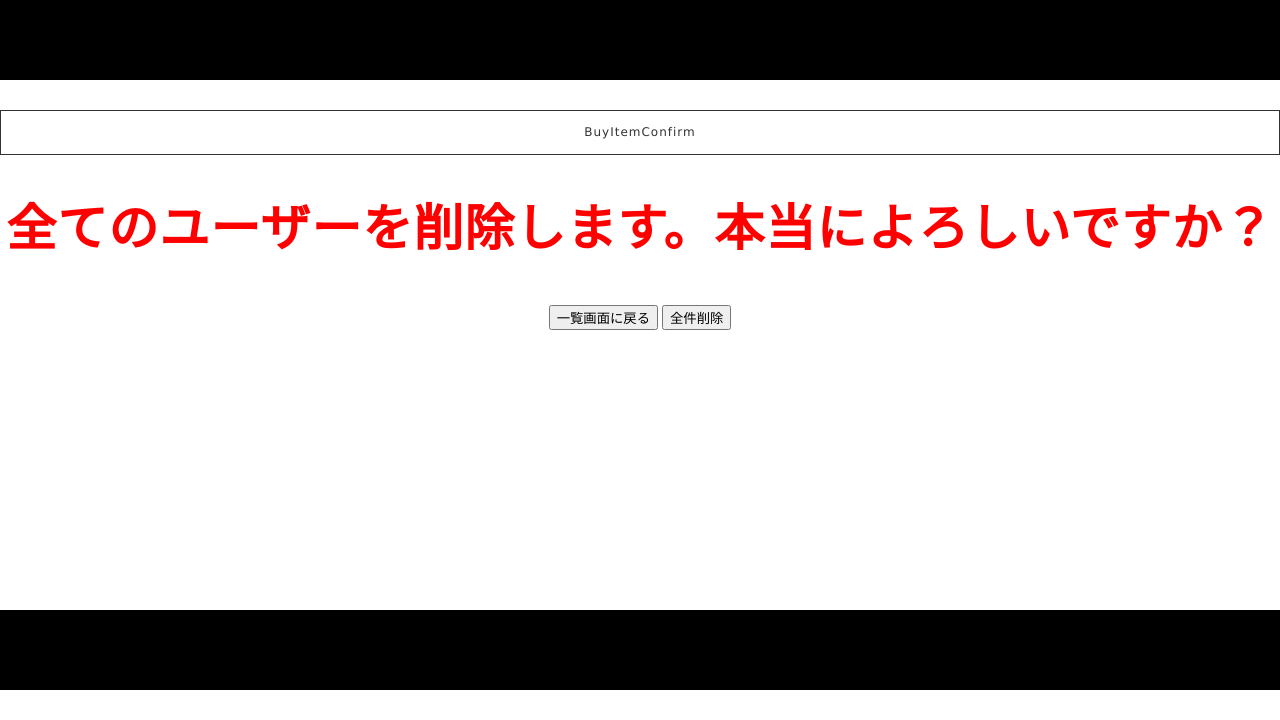
Repository: hirose0320/test
Page: http://localhost/ecsite2/userListDeleteConfirm.jsp
The author's editor kept a copy of each file at every save. The page is drawn from the files as they stood at one save, then again after the next save.
The browser window is 1280 px wide. The pictures show the whole page.
Some web libraries are served in a nearby version. The page is served by Tomcat 9. Other server files are loaded and not shown.

Above is the page before, as saved 2019-03-07 02:09:52.

### ecsite2/WebContent/userListDeleteConfirm.jsp
<%@ page language="java" contentType="text/html; charset=UTF-8"
	pageEncoding="UTF-8"%>
<%@ taglib prefix="s" uri="/struts-tags"%>
<!DOCTYPE html>
<html>
<head>
<meta http-equiv="Content-Type" content="text/html; charset=UTF-8" />
<meta http-equiv="Content-Style-Type" content="text/css" />
<meta http-equiv="Content-Script-Type" content="text/javascript" />
<meta http-equiv="imagetoolbar" content="no" />
<meta name="description" content="" />
<meta name="keywords" content="" />
<script src="http://ajax.googleapis.com/ajax/libs/jquery/1.9.1/jquery.min.js
"></script>
<title>削除確認画面</title>

<style type="text/css">
body {
	margin: 0;
	padding: 0;
	line-height: 1.6;
	letter-spacing: 1px;
	font-family: Verdana, Helvetica, sans-serif;
	font-size: 12px;
	color: #333;
	background: #fff;
}

table {
	text-align: center;
	margin: 0 auto;
}

h1{
color:red;
font-size: 50px;
}

#top {
	width: 780ox;
	margin: 30px auto;
	border: 1px solid #333;
}

#header {
	width: 100%;
	height: 80px;
	background-color: black;
}

#main {
	width: 100%;
	height: 500px;
	text-align: center;
}

#footer {
	width: 100%;
	height: 80px;
	background-color: black;
	clear: both;
}
</style>
<script type="text/javascript">
	function submitAction(url) {
		$('form').attr('action', url);
		$('form').submit();
	}
</script>

</head>
<body>
	<div id="header">
		<div id="pr"></div>
	</div>
	<div id="main">
		<div id="top">
			<p>BuyItemConfirm</p>
		</div>
		<div>

			<s:form>
				<h1>全てのユーザーを削除します。本当によろしいですか？</h1>
				<tr>
					<td><input type="button" value="一覧画面に戻る"
						onclick="submitAction('UserListAction')" /></td>
					<td><input type="button" value="全件削除"
						onclick="submitAction('UserListDeleteCompleteAction')" /></td>

				</tr>
			</s:form>

		</div>
	</div>
	<div id="footer">
		<div id="pr"></div>
	</div>
</body>
</html>

After the next save:
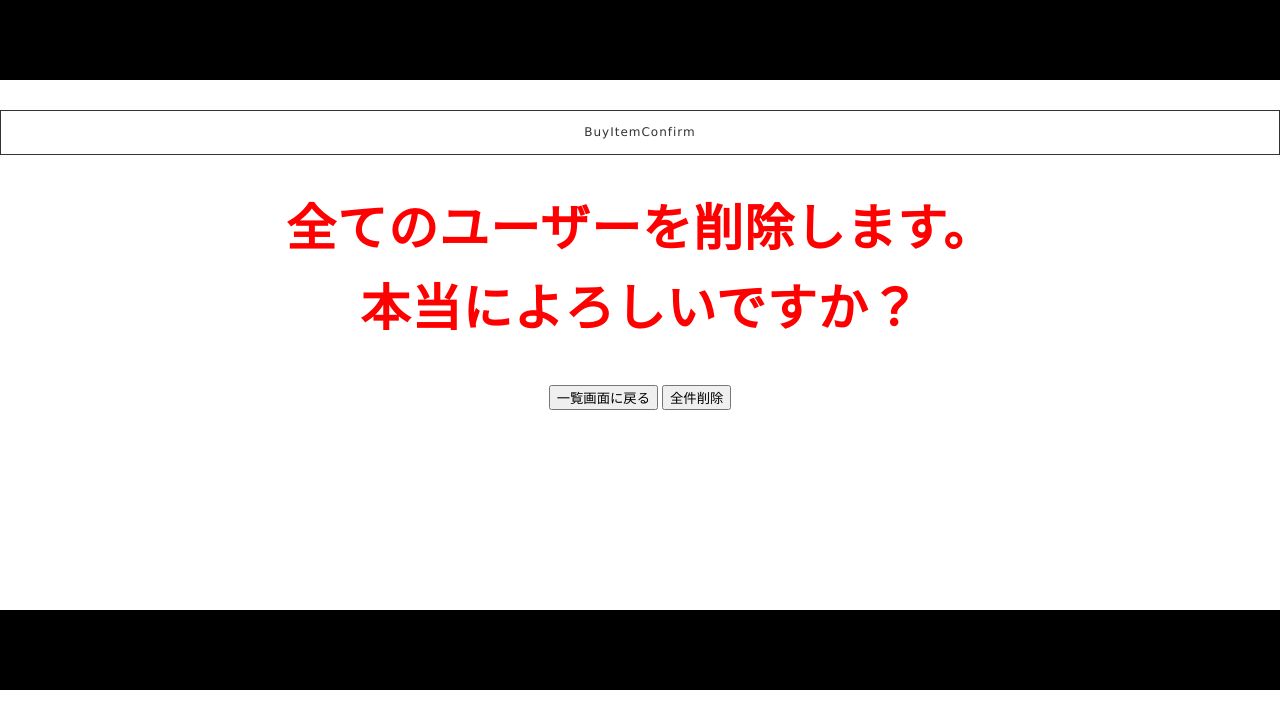
Saved 19 s later.
--- a/ecsite2/WebContent/userListDeleteConfirm.jsp
+++ b/ecsite2/WebContent/userListDeleteConfirm.jsp
@@ -80,7 +80,7 @@
 		<div>
 
 			<s:form>
-				<h1>全てのユーザーを削除します。本当によろしいですか？</h1>
+				<h1>全てのユーザーを削除します。<br>本当によろしいですか？</h1>
 				<tr>
 					<td><input type="button" value="一覧画面に戻る"
 						onclick="submitAction('UserListAction')" /></td>

After the save that followed:
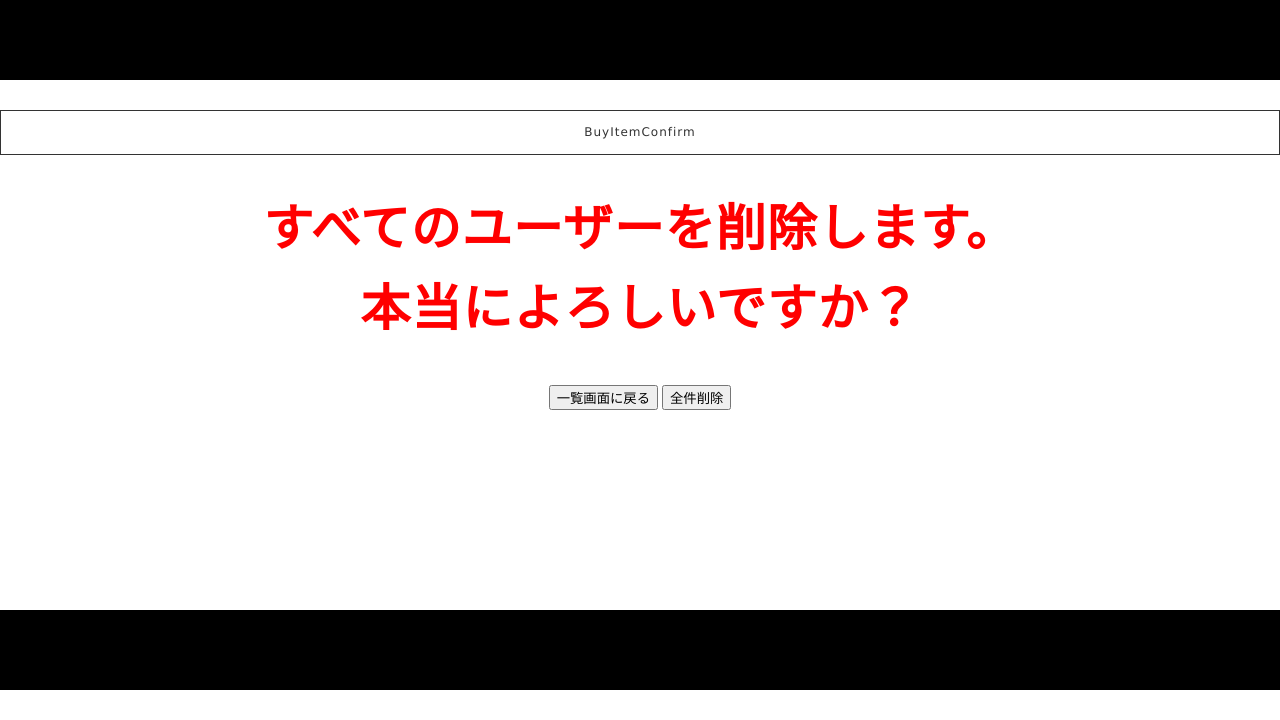
Saved 14 s later.
--- a/ecsite2/WebContent/userListDeleteConfirm.jsp
+++ b/ecsite2/WebContent/userListDeleteConfirm.jsp
@@ -80,7 +80,7 @@
 		<div>
 
 			<s:form>
-				<h1>全てのユーザーを削除します。<br>本当によろしいですか？</h1>
+				<h1>すべてのユーザーを削除します。<br>本当によろしいですか？</h1>
 				<tr>
 					<td><input type="button" value="一覧画面に戻る"
 						onclick="submitAction('UserListAction')" /></td>
